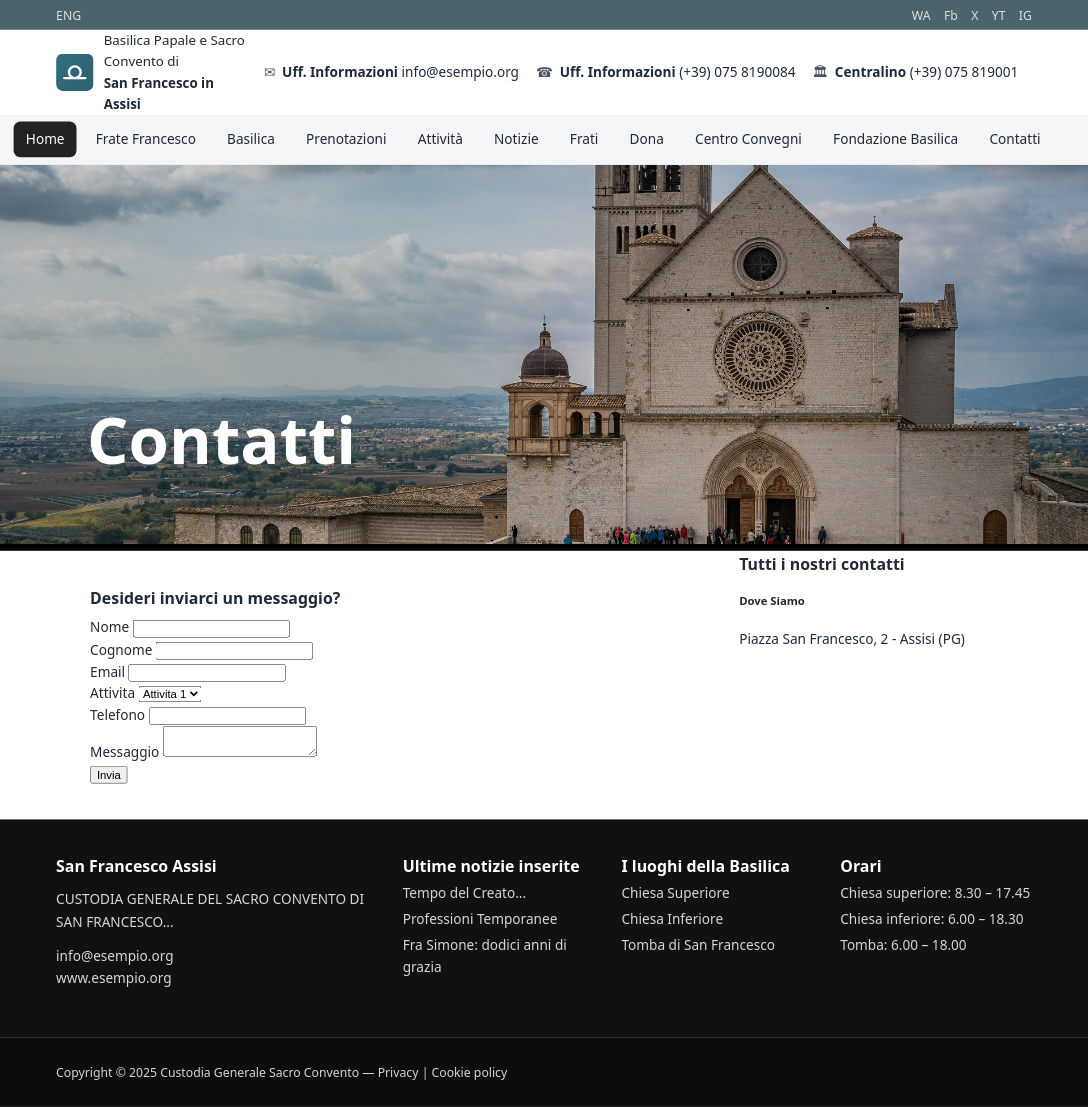
Repository: leacappello/basilica-platform-project
Page: pages/contatti.html
The author's editor kept a copy of each file at every save. The page is drawn from the files as they stood at one save, then again after the next save.
The browser window is 1280 px wide. The pictures show the whole page, at 85% of full size.

Above is the page before, as saved 2025-09-17 09:43:05.
Console error (its wording comes from the project's code and is left out).

After the next save:
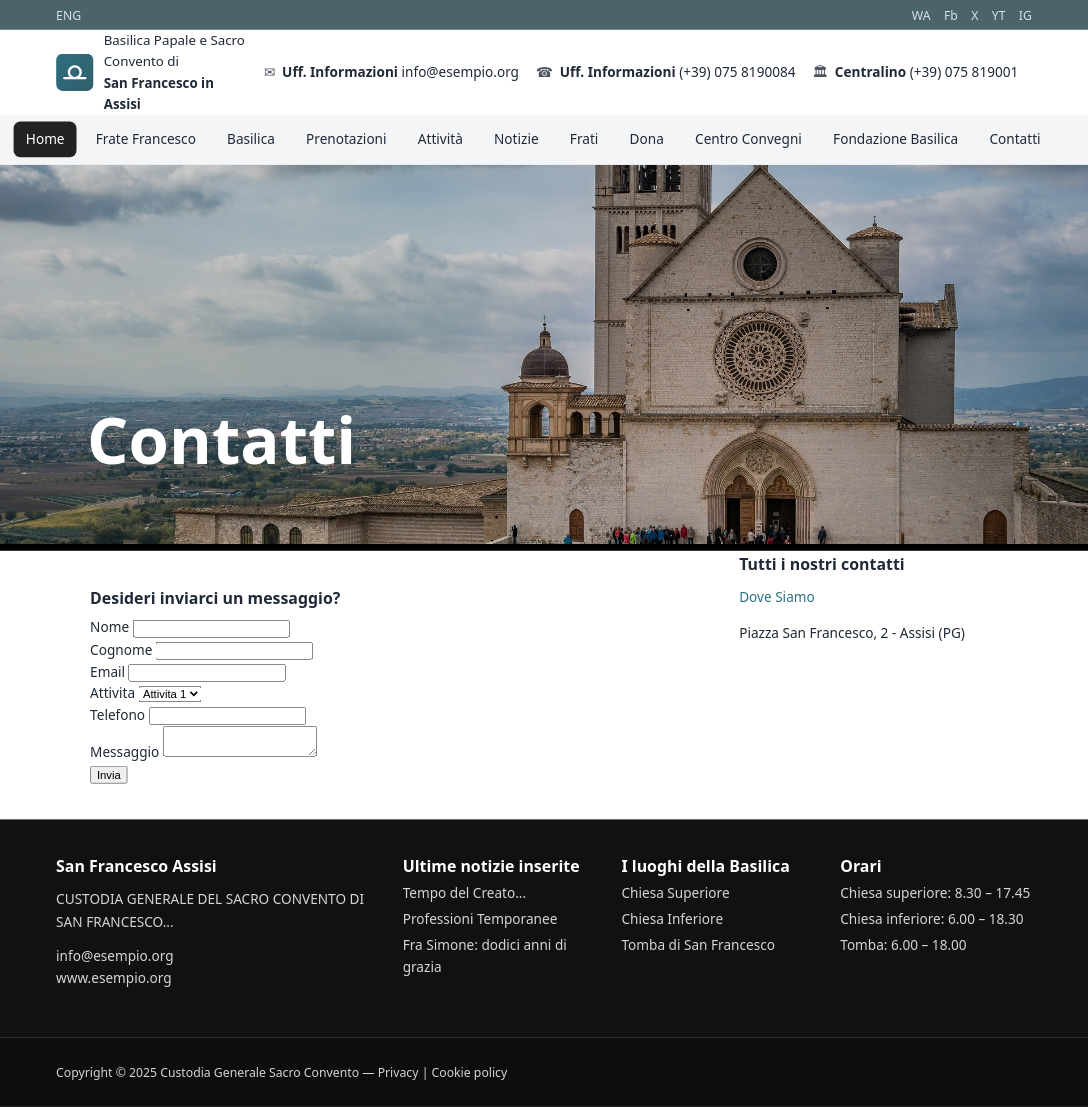
Saved 72 s later.
--- a/pages/contatti.html
+++ b/pages/contatti.html
@@ -207,7 +207,8 @@
                     <!-- informazioni varie -->
                     <div class="container-info">
                         <h3>Tutti i nostri contatti</h3>
-                        <div class="icon-box media mb-15"><a class="media-left pull-left flip mr-20" href="#"> <i class="pe-7s-map-2 text-theme-colored"></i></a><div class="media-body"><h5 class="mt-0">Dove Siamo</h5><p>Piazza San Francesco, 2 - Assisi (PG)</p></div></div>
+                        <p class="accent">Dove Siamo</p>
+                        <p>Piazza San Francesco, 2 - Assisi (PG)</p>
                     </div>
                 </div>
             </div>
